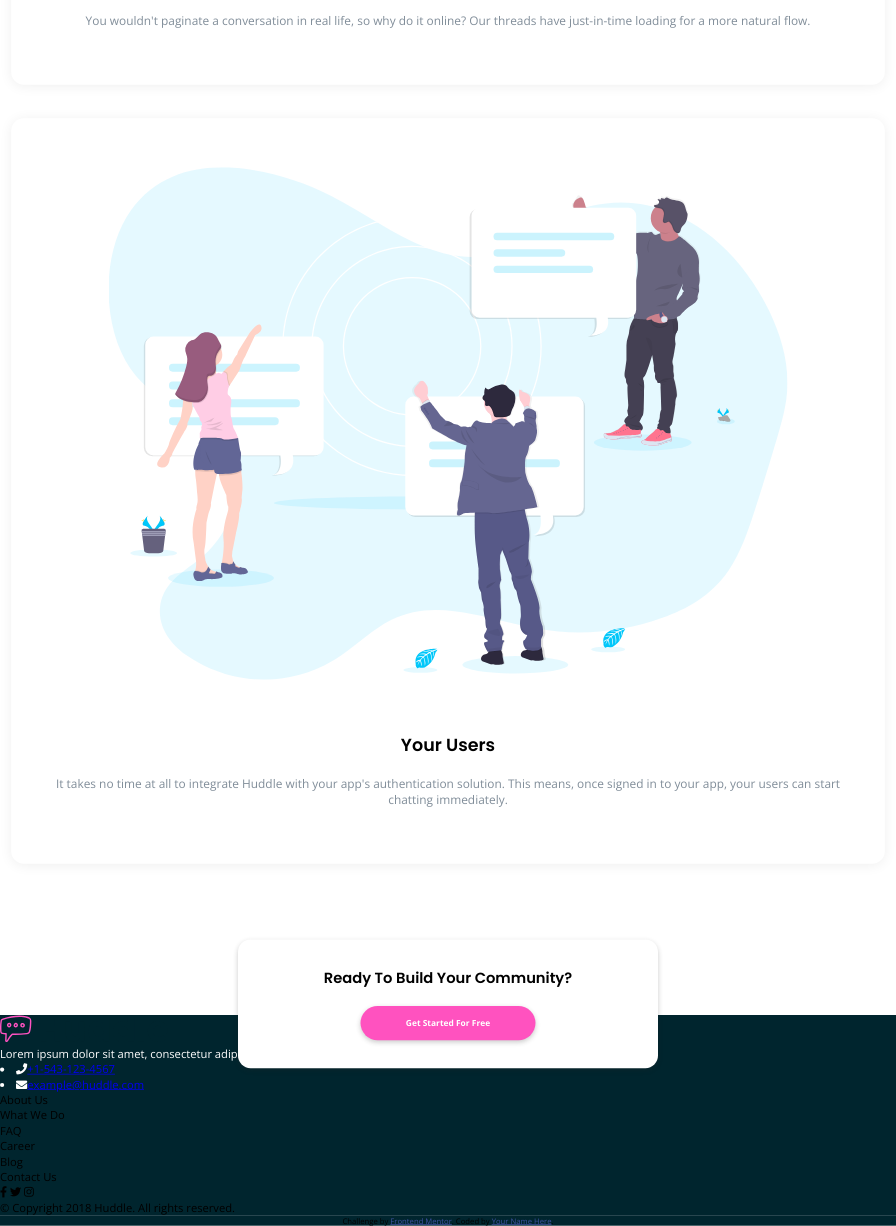
Repository: DejV44/Huddle-landing-page
Page: index.html
The author's editor kept a copy of each file at every save. The page is drawn from the files as they stood at one save, then again after the next save.
The browser window is 1280 px wide. The pictures show the part of the page from y = 3410 to 5330 px (the page is 5161 px tall before and 5330 px after), at 70% of full size.
The style sheet was rebuilt from its Sass, Less or Tailwind sources for each picture, by a compiler version that may differ from the author's.

Above is the page before, as saved 2021-08-20 10:37:37.

After the next save:
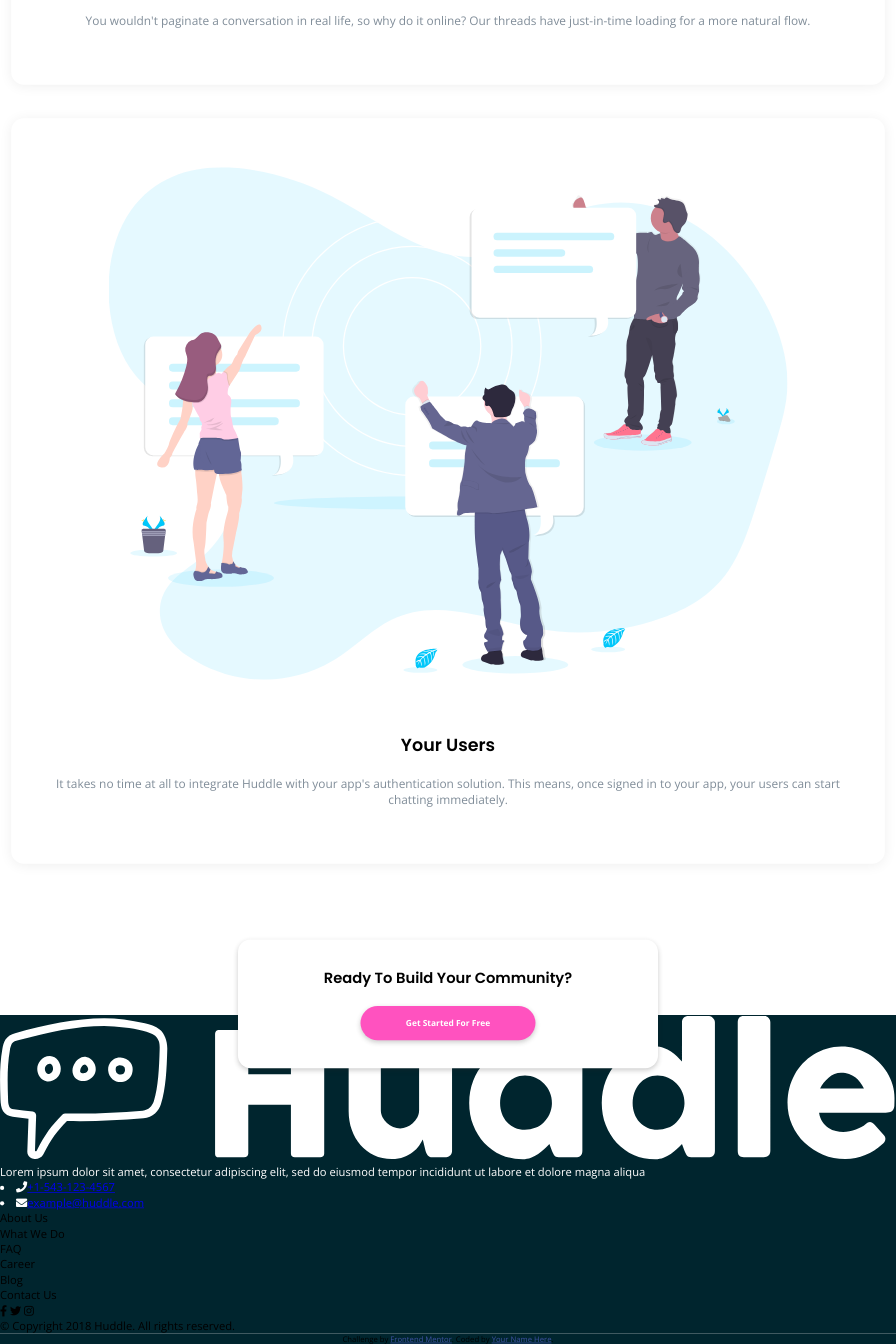
Saved 2 min 56 s later.
--- a/index.html
+++ b/index.html
@@ -70,7 +70,7 @@
   <footer>
     <container class="footer">
       <div class="section1">
-        <img src="/images/logo.svg" alt="logo">
+        <img src="/images/logoWhite.svg" alt="logo">
         <p>Lorem ipsum dolor sit amet, consectetur adipiscing elit, sed do eiusmod tempor
         incididunt ut labore et dolore magna aliqua</p>
         <li><i class="fa fa-phone" aria-hidden="true"></i><a href="tel:+1-543-123-4567">+1-543-123-4567</a></li>
